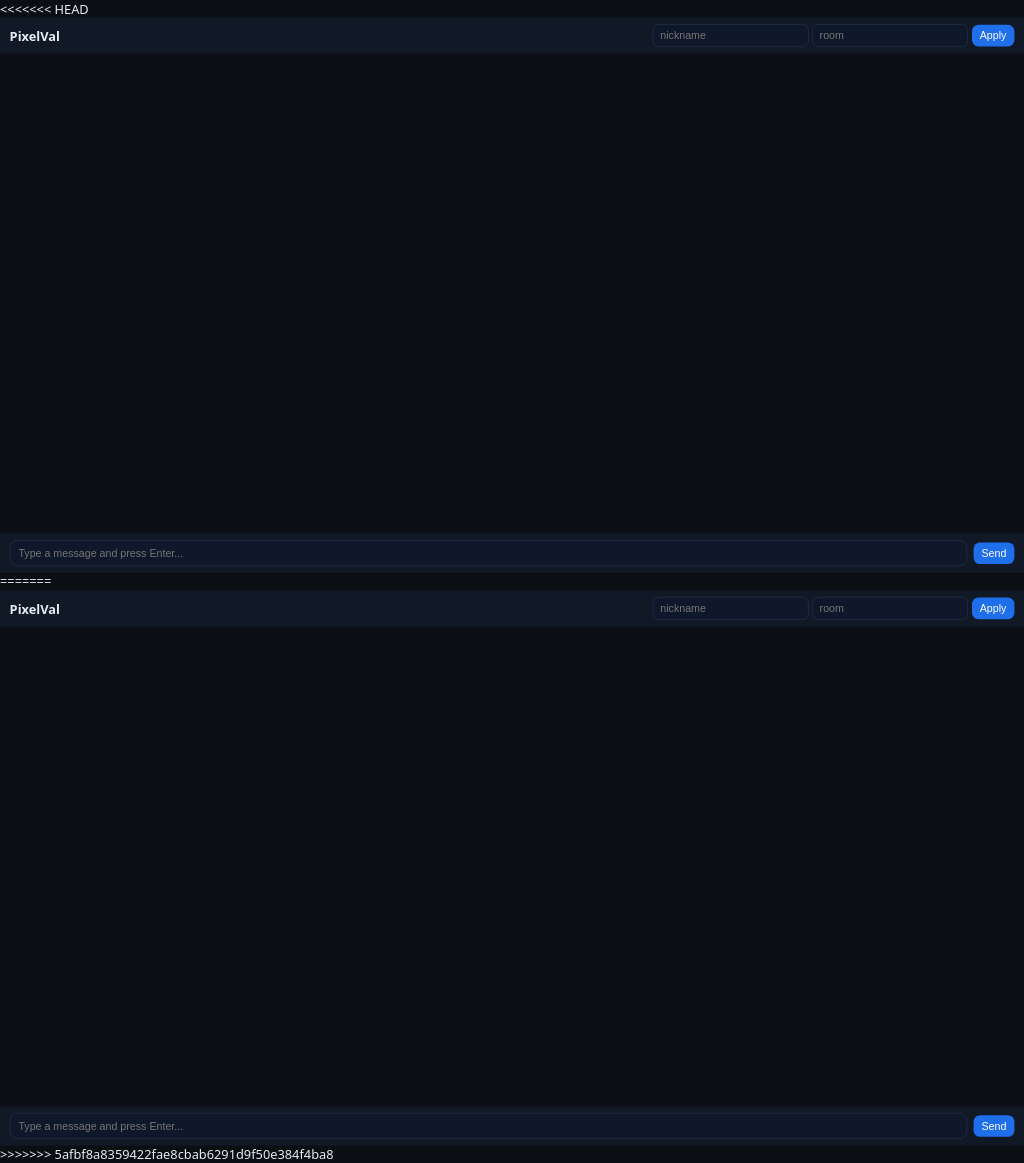
Repository: geekp2p/pixelval
Page: web/index.html
An editor plug-in stored every save of this project. The page is shown before and after the next save, followed by the edit.
The browser window is 1280 px wide. The pictures show the whole page, at 80% of full size.

Above is the page before, as saved 2025-08-29 02:55:28.
Console error: SyntaxError: Unexpected token '<<'

### web/index.html
<<<<<<< HEAD
<!doctype html>
<html>
<head>
  <meta charset="utf-8"/>
  <title>PixelVal</title>
  <link rel="stylesheet" href="/style.css"/>
</head>
<body>
  <header>
    <strong>PixelVal</strong>
    <div id="status"></div>
    <div id="controls">
      <input id="nick" placeholder="nickname"/>
      <input id="room" placeholder="room"/>
      <button id="apply">Apply</button>
    </div>
  </header>
  <div id="log"></div>
  <footer>
    <input id="txt" placeholder="Type a message and press Enter..."/>
    <button id="send">Send</button>
  </footer>
  <script src="/app.js"></script>
</body>
</html>
=======
<!doctype html>
<html>
<head>
  <meta charset="utf-8"/>
  <title>PixelVal</title>
  <link rel="stylesheet" href="/style.css"/>
</head>
<body>
  <header>
    <strong>PixelVal</strong>
    <div id="status"></div>
    <div id="controls">
      <input id="nick" placeholder="nickname"/>
      <input id="room" placeholder="room"/>
      <button id="apply">Apply</button>
    </div>
  </header>
  <div id="log"></div>
  <footer>
    <input id="txt" placeholder="Type a message and press Enter..."/>
    <button id="send">Send</button>
  </footer>
  <script src="/app.js"></script>
</body>
</html>
>>>>>>> 5afbf8a8359422fae8cbab6291d9f50e384f4ba8

### web/style.css
* { box-sizing: border-box; }
body { margin: 0; font-family: ui-sans-serif, system-ui; background: #0b0f14; color: #e6edf3; }
header, footer { padding: 8px 12px; background: #111826; display: flex; gap: 12px; align-items: center; }
header strong { font-weight: 700; font-size: 16px; }
#status { font-size: 12px; opacity: .8; margin-left: auto; }
#controls input { background:#0f172a; border:1px solid #233047; color:#e6edf3; padding:6px 8px; border-radius:8px; }
#controls button, #send { background:#1f6feb; border:none; color:white; padding:6px 10px; border-radius:8px; cursor:pointer; }
#log { height: calc(100vh - 120px); overflow-y:auto; padding: 10px 12px; }
.msg { padding:8px 10px; margin-bottom:8px; background:#0f172a; border:1px solid #1e293b; border-radius:10px; }
.msg .meta { font-size:12px; opacity:.8; margin-bottom:4px; }
footer { gap: 8px; }
footer input { flex:1; background:#0f172a; border:1px solid #233047; color:#e6edf3; padding:8px 10px; border-radius:10px; }

### web/app.js
<<<<<<< HEAD
const logEl = document.getElementById('log');
const txt = document.getElementById('txt');
const btn = document.getElementById('send');
const status = document.getElementById('status');
const nick = document.getElementById('nick');
const room = document.getElementById('room');
const apply = document.getElementById('apply');

function addMsg({from, id, text, ts}) {
  const div = document.createElement('div');
  div.className = 'msg';
  const when = new Date((ts||Date.now()/1000)*1000).toLocaleString();
  const shortId = id ? ` (${id.slice(-8)})` : '';
  div.innerHTML = `<div class="meta">${from||'anon'}${shortId} • ${when}</div><div>${text}</div>`;
  logEl.appendChild(div);
  logEl.scrollTop = logEl.scrollHeight;
}

let ws;
function connect() {
  const proto = location.protocol === 'https:' ? 'wss' : 'ws';
  ws = new WebSocket(`${proto}://${location.host}/ws`);
  ws.onopen = () => { status.textContent = 'Connected'; btn.disabled = false; };
  ws.onclose = () => { status.textContent = 'Disconnected — retrying...'; btn.disabled = true; setTimeout(connect, 1500); };
  ws.onerror = () => { status.textContent = 'Error'; };
  ws.onmessage = ev => { try { addMsg(JSON.parse(ev.data)); } catch {} };
}
connect();

function loadConfig() {
  fetch('/config').then(r => r.json()).then(cfg => {
    nick.value = cfg.nick || '';
    room.value = cfg.room || '';
    const idText = cfg.id ? ` • ID: ${cfg.id.slice(-8)}` : '';
    status.textContent = `Room: ${cfg.room} • Nick: ${cfg.nick}${idText}`;
  }).catch(()=>{});
}
loadConfig();

function send() {
  const t = txt.value.trim();
  if (!t || !ws || ws.readyState !== 1) return;
  ws.send(t);
  txt.value = '';
}
btn.onclick = send;
txt.onkeydown = e => { if (e.key === 'Enter') send(); };

apply.onclick = () => {
  const body = {nick: nick.value.trim(), room: room.value.trim()};
  fetch('/config', {method:'POST', headers:{'Content-Type':'application/json'}, body: JSON.stringify(body)})
    .then(() => { loadConfig(); logEl.innerHTML=''; });
};
=======
const logEl = document.getElementById('log');
const txt = document.getElementById('txt');
const btn = document.getElementById('send');
const status = document.getElementById('status');
const nick = document.getElementById('nick');
const room = document.getElementById('room');
const apply = document.getElementById('apply');

function addMsg({from, id, text, ts}) {
  const div = document.createElement('div');
  div.className = 'msg';
  const when = new Date((ts||Date.now()/1000)*1000).toLocaleString();
  const shortId = id ? ` (${id.slice(-8)})` : '';
  div.innerHTML = `<div class="meta">${from||'anon'}${shortId} • ${when}</div><div>${text}</div>`;
  logEl.appendChild(div);
  logEl.scrollTop = logEl.scrollHeight;
}

let ws;
function connect() {
  const proto = location.protocol === 'https:' ? 'wss' : 'ws';
  ws = new WebSocket(`${proto}://${location.host}/ws`);
  ws.onopen = () => { status.textContent = 'Connected'; btn.disabled = false; };
  ws.onclose = () => { status.textContent = 'Disconnected — retrying...'; btn.disabled = true; setTimeout(connect, 1500); };
  ws.onerror = () => { status.textContent = 'Error'; };
  ws.onmessage = ev => { try { addMsg(JSON.parse(ev.data)); } catch {} };
}
connect();

function loadConfig() {
  fetch('/config').then(r => r.json()).then(cfg => {
    nick.value = cfg.nick || '';
    room.value = cfg.room || '';
    const idText = cfg.id ? ` • ID: ${cfg.id.slice(-8)}` : '';
    status.textContent = `Room: ${cfg.room} • Nick: ${cfg.nick}${idText}`;
  }).catch(()=>{});
}
loadConfig();

function send() {
  const t = txt.value.trim();
  if (!t || !ws || ws.readyState !== 1) return;
  ws.send(t);
  txt.value = '';
}
btn.onclick = send;
txt.onkeydown = e => { if (e.key === 'Enter') send(); };

apply.onclick = () => {
  const body = {nick: nick.value.trim(), room: room.value.trim()};
  fetch('/config', {method:'POST', headers:{'Content-Type':'application/json'}, body: JSON.stringify(body)})
    .then(() => { loadConfig(); logEl.innerHTML=''; });
};
>>>>>>> 5afbf8a8359422fae8cbab6291d9f50e384f4ba8

After the next save:
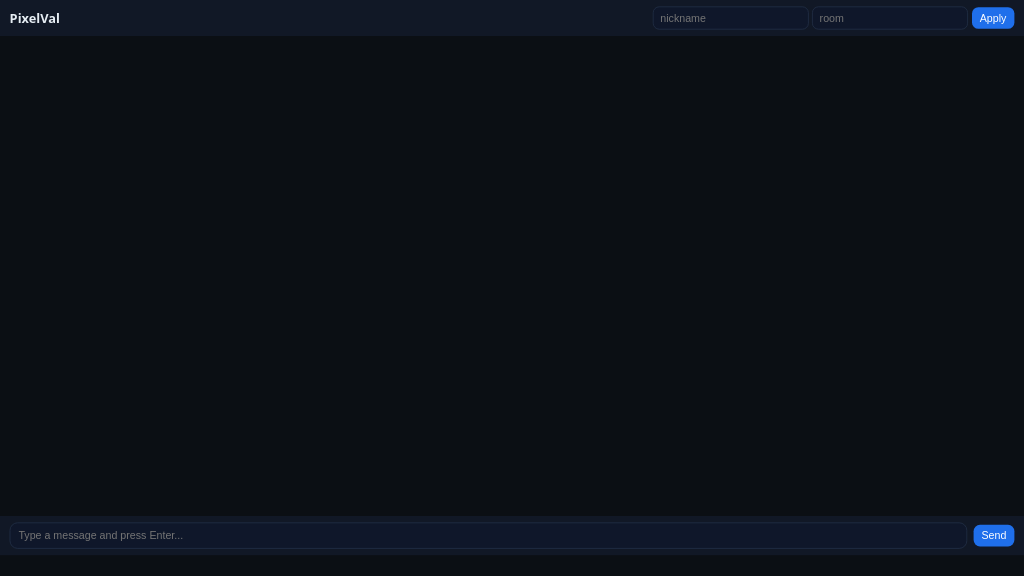
Saved 2 s later.
--- a/web/index.html
+++ b/web/index.html
@@ -1,4 +1,3 @@
-<<<<<<< HEAD
 <!doctype html>
 <html>
 <head>
@@ -24,30 +23,3 @@
   <script src="/app.js"></script>
 </body>
 </html>
-=======
-<!doctype html>
-<html>
-<head>
-  <meta charset="utf-8"/>
-  <title>PixelVal</title>
-  <link rel="stylesheet" href="/style.css"/>
-</head>
-<body>
-  <header>
-    <strong>PixelVal</strong>
-    <div id="status"></div>
-    <div id="controls">
-      <input id="nick" placeholder="nickname"/>
-      <input id="room" placeholder="room"/>
-      <button id="apply">Apply</button>
-    </div>
-  </header>
-  <div id="log"></div>
-  <footer>
-    <input id="txt" placeholder="Type a message and press Enter..."/>
-    <button id="send">Send</button>
-  </footer>
-  <script src="/app.js"></script>
-</body>
-</html>
->>>>>>> 5afbf8a8359422fae8cbab6291d9f50e384f4ba8
